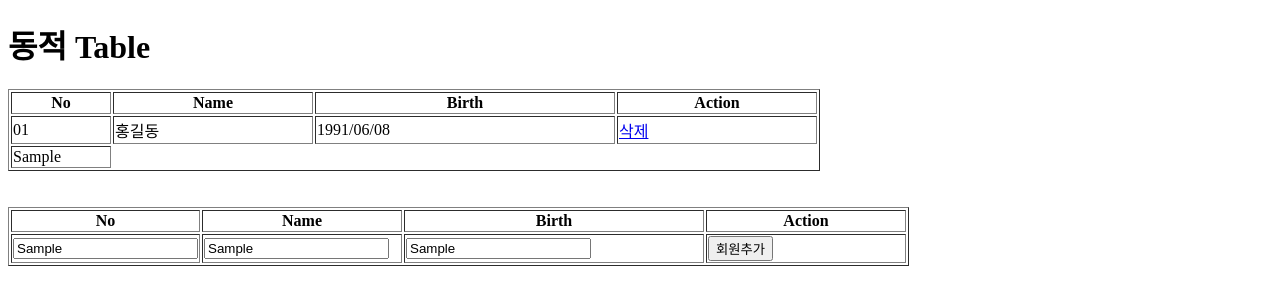
Repository: jeongho97/JQuery
Page: alloc/WebContent/index.html
The author's editor kept a copy of each file at every save. The page is drawn from the files as they stood at one save, then again after the next save.
The browser window is 1280 px wide. The pictures show the whole page.
Empty fields were first filled with sample values (such as "Sample", 5 or name@example.com).
After loading, the first visible `#append_row` was clicked once.

Above is the page before, as saved 2022-05-13 07:24:17.

### alloc/WebContent/index.html
<!DOCTYPE html>
<html>
<head>
<meta charset="UTF-8">
<title>Insert title here</title>
<script src="https://code.jquery.com/jquery-3.6.0.js"></script>
</head>
<body>

<h1>동적 Table</h1>

<table border="1" id="list_table">
<colgroup>

	<col style="width:100px">
	<col style="width:200px">
	<col style="width:300px">
	<col style="width:200px">

</colgroup>

<thead>
<tr>

	<th>No</th>
	<th>Name</th>
	<th>Birth</th>
	<th>Action</th>

</tr>
</thead>

<tbody>
<tr>
	<td>01</td>
	<td>홍길동</td>
	<td>1991/06/08</td>
	<td><a href="#" class="delete-link">삭제</a></td>
</tr>
</tbody>


</table>

<br><br>

<!-- 입력테이블 -->
<table border="1" id="append_table">
<colgroup>
	<col style="width:100px">
	<col style="width:200px">
	<col style="width:300px">
	<col style="width:200px">
</colgroup>

<thead>
<tr>
	<th><label for="add_no">No</label></th>
	<th>Name</th>
	<th>Birth</th>
	<th>Action</th>
</tr>
</thead>

<tbody>
<tr>
	<td><input type="text" id="add_no"></td>
	<td><input type="text" id="add_name"></td>
	<td><input type="text" id="add_birth"></td>
	<td><button type="button" id="append_row">회원추가</button></td>
</tr>
</tbody>

</table>

<script type="text/javascript">

$("#append_row").on("click",function(){

	if($("#add_no").val()==""){
		alert("빈칸을 작성해 주십시오");
	}
	else{

		$("#list_table").append(

				$("<tr>").append(
					$("<td>").append($("#add_no").val())

			)
		)


	}

})

</script>







</body>
</html>

After the next save:
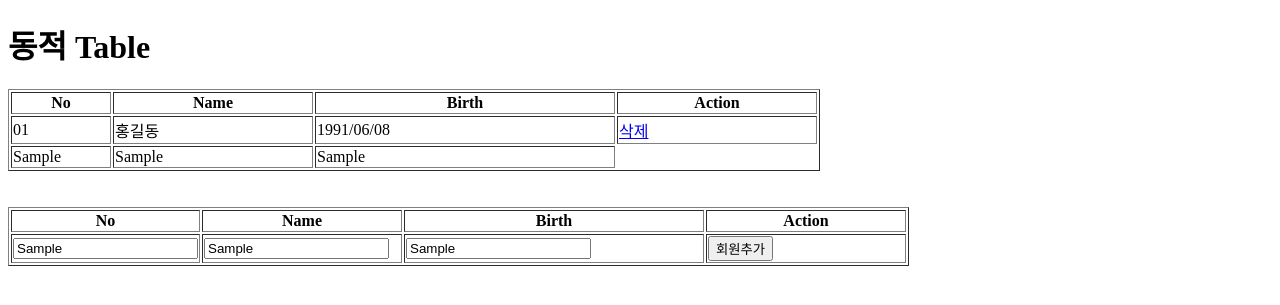
Saved 48 s later.
--- a/alloc/WebContent/index.html
+++ b/alloc/WebContent/index.html
@@ -85,7 +85,9 @@ $("#append_row").on("click",function(){
 		$("#list_table").append(
 
 				$("<tr>").append(
-					$("<td>").append($("#add_no").val())
+					$("<td>").append($("#add_no").val()),
+					$("<td>").append($("#add_name").val()),
+					$("<td>").append($("#add_birth").val())
 
 			)
 		)
